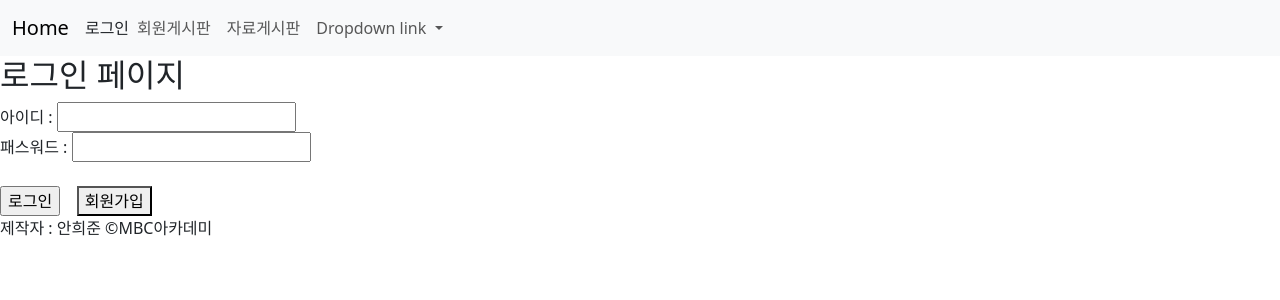
Repository: AHJ2616/Java
Page: http://localhost/board-jsp/06Session/login_form.jsp
The author's editor kept a copy of each file at every save. The page is drawn from the files as they stood at one save, then again after the next save.
The browser window is 1280 px wide. The pictures show the whole page.
The page is served by Tomcat 9. Other server files are loaded and not shown.

Above is the page before, as saved 2024-07-26 08:31:36.

### jsp_workspace/board-jsp/src/main/webapp/06Session/login_form.jsp
<%@ page language="java" contentType="text/html; charset=UTF-8"
    pageEncoding="UTF-8"%>
<!DOCTYPE html>
<html>
<head>
<meta charset="UTF-8">
<title>login_form.jsp : 로그인 창</title>
<!-- 성공시 세션에 저장 -->
<jsp:include page="../Common/Link.jsp" />
</head>
<body>

	<h2>로그인 페이지</h2>
	<span style="color: red; font-size: 1.2em;">
	<%= request.getAttribute("LoginErrMsg")==null ? "" : request.getAttribute("LoginErrMsg") %>
	<!-- 조건 ; request 영역에 "loginErrMsg"가 있나 확인 ? true일때 : false일때 -->
	</span><!-- 한줄짜리 글자창 출력 -->
<%
if(session.getAttribute("id")==null){//로그인 상태
	//로그아웃 상태
%>

<script>
function validateForm(form){
	if(form.id.value==""){ /* form의 name="id"의 value가 없으면 alert호출 */
		alert("아이디를 입력하세요.")
		return false;
	}
	if(form.pw.value==""){ /* form의 name="pw"의 value가 없으면 alert호출 */
		alert("패스워드를 입력하세요.");
		return false;
	}
}
</script>

<div id="login_menu">
	<form action= "login_process.jsp" method= "post" name= "login_form"
	onsubmit="return validateForm(this);"> <!-- submit에서 action으로 보내기전에 먼저 실행하는 것 (this)안에 form값이 들어간다. -->
	<!-- onsubmit의 값이 true가 나와야만 action으로 form이 보내진다 -->
		아이디 : <input type="text" name="id" required/><br>
		패스워드 : <input type="password" name="pw" required /><br><br>
		<input type="submit" value="로그인"	/>&nbsp;&nbsp;&nbsp;
		<button type= "button" onclick= "location.href='Register_form.jsp'">회원가입</button>
	</form>
</div>
<%
} else{
%>
	<%=session.getAttribute("name") %> 회원님, 로그인하셨습니다.
	<button type= "button" onclick= "location.href='logout.jsp'">로그아웃</button>
<%}%>
<jsp:include page="../Common/Foot.jsp" />
</body>
</html>

### jsp_workspace/board-jsp/src/main/webapp/Common/Link.jsp
    <%@ page language="java" contentType="text/html; charset=UTF-8"
    pageEncoding="UTF-8"%>
    <meta charset="utf-8">
    <meta name="viewport" content="width=device-width, initial-scale=1">
 <link href="https://cdn.jsdelivr.net/npm/bootstrap@5.3.3/dist/css/bootstrap.min.css" rel="stylesheet" integrity="sha384-QWTKZyjpPEjISv5WaRU9OFeRpok6YctnYmDr5pNlyT2bRjXh0JMhjY6hW+ALEwIH" crossorigin="anonymous">

<nav class="navbar navbar-expand-lg bg-body-tertiary">
  <div class="container-fluid">
    <a class="navbar-brand" href="../08Board/List.jsp">Home</a>
     <% if(session.getAttribute("id")==null){ %>
          <a class="nav-link active" aria-current="page" href="../06Session/login_form.jsp">로그인</a>
          <% }else{//로그인상태면 로그아웃 표시 %>
    		 <a class="nav-link active" aria-current="page" href="../06Session/logout.jsp">로그아웃</a>
    		 <a class="nav-link active" aria-current="page" href="../06Session/member.jsp">회원정보</a>
    	<%} %>
    <button class="navbar-toggler" type="button" data-bs-toggle="collapse" data-bs-target="#navbarNavDropdown" aria-controls="navbarNavDropdown" aria-expanded="false" aria-label="Toggle navigation">
      <span class="navbar-toggler-icon"></span>
    </button>

    <div class="collapse navbar-collapse" id="navbarNavDropdown">
      <ul class="navbar-nav">
        <li class="nav-item">
          <a class="nav-link" href="../12File/file_list.jsp">회원게시판</a>
        </li>
        <li class="nav-item">
          <a class="nav-link" href="../10Mvc/List.jsp">자료게시판</a>
        </li>
        <li class="nav-item dropdown">
          <a class="nav-link dropdown-toggle" href="#" role="button" data-bs-toggle="dropdown" aria-expanded="false">
            Dropdown link
          </a>
          <ul class="dropdown-menu">
            <li><a class="dropdown-item" href="#">Action</a></li>
            <li><a class="dropdown-item" href="#">Another action</a></li>
            <li><a class="dropdown-item" href="#">Something else here</a></li>
          </ul>
        </li>
      </ul>
    </div>
  </div>
</nav>
<script src="https://cdn.jsdelivr.net/npm/bootstrap@5.3.3/dist/js/bootstrap.bundle.min.js" integrity="sha384-YvpcrYf0tY3lHB60NNkmXc5s9fDVZLESaAA55NDzOxhy9GkcIdslK1eN7N6jIeHz" crossorigin="anonymous"></script>

### jsp_workspace/board-jsp/src/main/webapp/Common/Foot.jsp
<%@ page language="java" contentType="text/html; charset=UTF-8"
    pageEncoding="UTF-8"%>
<div id='wrapper'>
  <div>
    <p>제작자 : 안희준 &copy;MBC아카데미</p>
  </div>
</div>
<footer></footer>

    <style>
    #wrapper{
  height: auto;
  min-height: 100%;
  padding-bottom: 0;
}
footer{
  height: 0;
  position : relative;
  transform : translateY(-100%);
}
    </style>

After the next save:
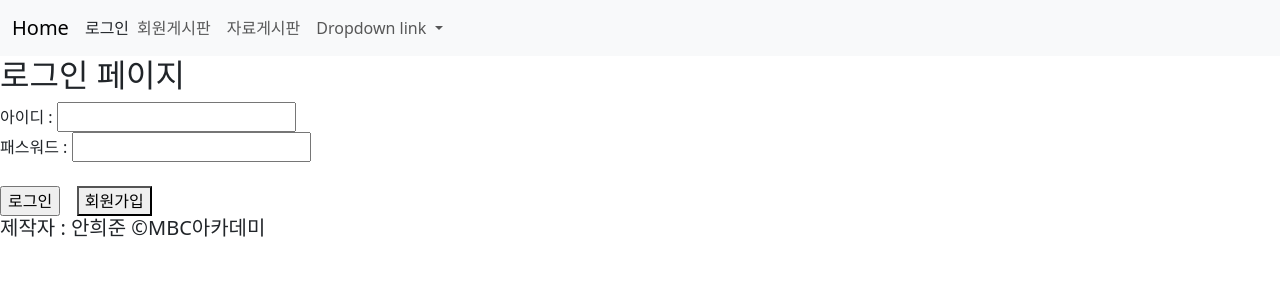
Saved 54 s later.
--- a/jsp_workspace/board-jsp/src/main/webapp/Common/Foot.jsp
+++ b/jsp_workspace/board-jsp/src/main/webapp/Common/Foot.jsp
@@ -2,7 +2,7 @@
     pageEncoding="UTF-8"%>
 <div id='wrapper'>
   <div>
-    <p>제작자 : 안희준 &copy;MBC아카데미</p>
+    <h5>제작자 : 안희준 &copy;MBC아카데미</h5>
   </div>
 </div>
 <footer></footer>
